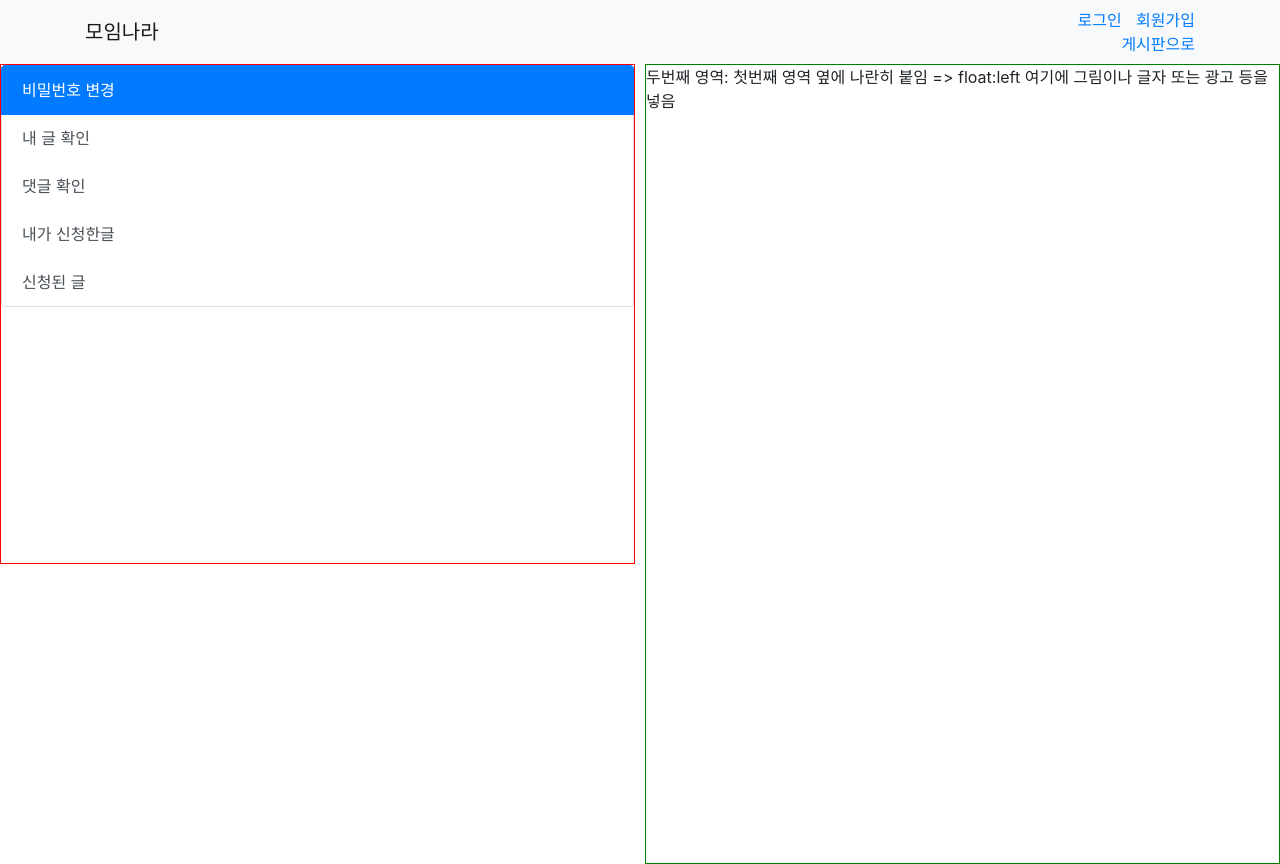
Repository: cmg9707/Devfox-spring-project
Page: http://localhost/DevJUS/WEB-INF/views/JUS/info.jsp
These files come from the project's save history. The page is drawn as it stood at one moment and after the next save; the edit follows.
The browser window is 1280 px wide. The pictures show the whole page.
Some web libraries are served in a nearby version. The page is served by Tomcat 9. Nobody is signed in. Other server files are loaded and not shown. The template is opened directly, without the code that normally fills it, so the values that code supplies are empty.

Above is the page before, as saved 2023-04-13 23:50:52.

### DevJUS/src/main/webapp/WEB-INF/views/JUS/info.jsp
<%@ page language="java" contentType="text/html; charset=UTF-8"
	pageEncoding="UTF-8"%>
<%@ taglib uri="http://java.sun.com/jsp/jstl/core" prefix="c"%>


<!DOCTYPE html>
<html>
<head>
<script
	src="https://ajax.googleapis.com/ajax/libs/jquery/1.11.0/jquery.min.js"></script>
<meta http-equiv="X-UA-Compatible" content="IE=edge">
<meta name="viewport" content="width=device-width, initial-scale=1">
<link
	href="https://cdn.jsdelivr.net/npm/bootstrap@5.3.0-alpha1/dist/css/bootstrap.min.css"
	rel="stylesheet"
	integrity="sha384-GLhlTQ8iRABdZLl6O3oVMWSktQOp6b7In1Zl3/Jr59b6EGGoI1aFkw7cmDA6j6gD"
	crossorigin="anonymous">
<link rel="stylesheet"
	//href="https://stackpath.bootstrapcdn.com/bootstrap/4.3.1/css/bootstrap.min.css"
	integrity="sha384-ggOyR0iXCbMQv3Xipma34MD+dH/1fQ784/j6cY/iJTQUOhcWr7x9JvoRxT2MZw1T"
	crossorigin="anonymous">
<meta charset="UTF-8">
<title>Insert title here</title>

</head>
<body>
	       <!-- Navigation-->
        <nav class="navbar navbar-light bg-light static-top">
            <div class="container">
                <a class="navbar-brand" href="index">모임나라</a>
                <div style="text-align: right;">
        <c:if test = "${user.user_power == 'x'}"> <!-- user -->
				<a href="user_mu" ><img src="/resources/css/img/user.png" alt="" style="width: 10%;"></a>
				${user.user_name}
				<a href="index" ><img src="/resources/css/img/logout.png" alt="" style="width: 10%;"></a>
		</c:if>
		<c:if test = "${user.user_power == 'o'}"> <!-- admin -->
				<a href="user_mu" >관리자</a>
				<a href="index" ><img src="/resources/css/img/logout.png" alt="" style="width: 10%;"></a>
		</c:if>
		 <c:if test = "${empty user}">
                <div >
				<a href="login" style="margin: 10px;">로그인</a>
                <a href="join">회원가입</a>
             	</div>
        </c:if>
        	<a href="board" >게시판으로</a>
             	</div>
            </div>

        </nav>

<div style="display: flex; justify-content: center;">
  <div style="width:700px; height:500px; border:1px solid red; float:left; margin-right:10px;">
    	<div class="list-group">
  			<button type="button" id="pass"  class="list-group-item list-group-item-action active" aria-current="true">비밀번호 변경</button>
  			<button type="button" id="mytext" class="list-group-item list-group-item-action">내 글 확인</button>
  			<button type="button" id="myre" class="list-group-item list-group-item-action">댓글 확인</button>
  			<button type="button" id="myrequest"  class="list-group-item list-group-item-action">내가 신청한글</button>
  			<button type="button" id="yourequest"  class="list-group-item list-group-item-action">신청된 글</button>

</div>
  </div>
  <div style="width:700px; height:800px; border:1px solid green; float:left;" id="content">
    두번째 영역:
    첫번째 영역 옆에 나란히 붙임 => float:left
    여기에 그림이나 글자 또는 광고 등을 넣음
  </div>
</div>
<script src="https://ajax.googleapis.com/ajax/libs/jquery/3.6.0/jquery.min.js"></script>
	<script>
	$(document).on('click', '#pass', function() {
		var user = '${user.user_idx}';
		console.log(user);
		$.ajax({
			url : "infopass",
			Data : {
				user : user
			},
			type : "get",
			success : function(data){

			}
		})

	})
	</script>
</body>
</html>

After the next save:
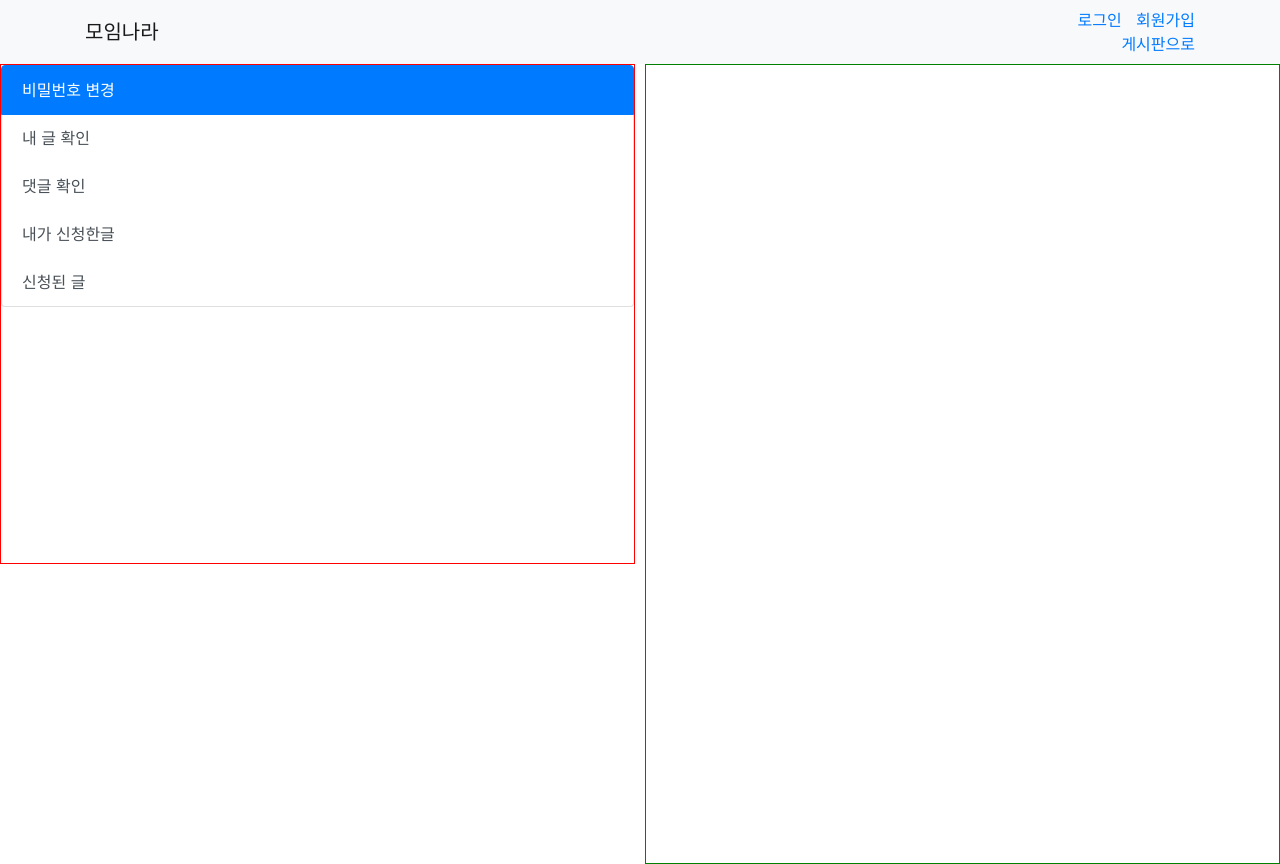
Saved 4 min 18 s later.
--- a/DevJUS/src/main/webapp/WEB-INF/views/JUS/info.jsp
+++ b/DevJUS/src/main/webapp/WEB-INF/views/JUS/info.jsp
@@ -62,9 +62,7 @@
 </div>
   </div>
   <div style="width:700px; height:800px; border:1px solid green; float:left;" id="content">
-    두번째 영역:
-    첫번째 영역 옆에 나란히 붙임 => float:left
-    여기에 그림이나 글자 또는 광고 등을 넣음
+
   </div>
 </div>
 <script src="https://ajax.googleapis.com/ajax/libs/jquery/3.6.0/jquery.min.js"></script>
@@ -79,6 +77,7 @@
 			},
 			type : "get",
 			success : function(data){
+				var html = "";
 
 			}
 		})
